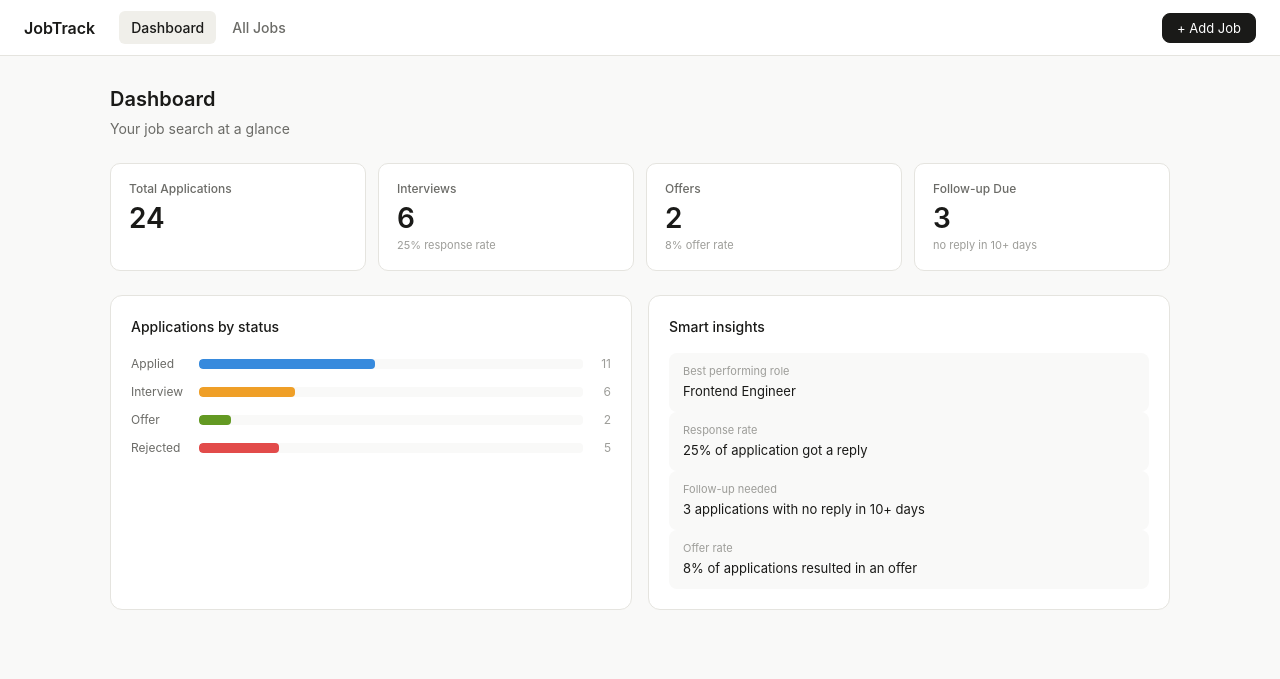
Repository: adtm0/jobtracker
Page: /dashboard (app in frontend/)
These files come from the project's save history. The page is drawn as it stood at one moment and after the next save; the edit follows.
The browser window is 1280 px wide. The pictures show the whole page.
The project was rebuilt for these pictures with package versions that can differ from the ones it lists, and the page was loaded fresh each time. Also part of the build but not shown: frontend/vite.config.js, frontend/src/pages/Login.jsx, frontend/src/pages/Register.jsx, frontend/src/pages/Jobs.jsx, frontend/src/pages/JobForm.jsx.

Above is the page before, as saved 2026-04-19 21:46:52.

After the next save:
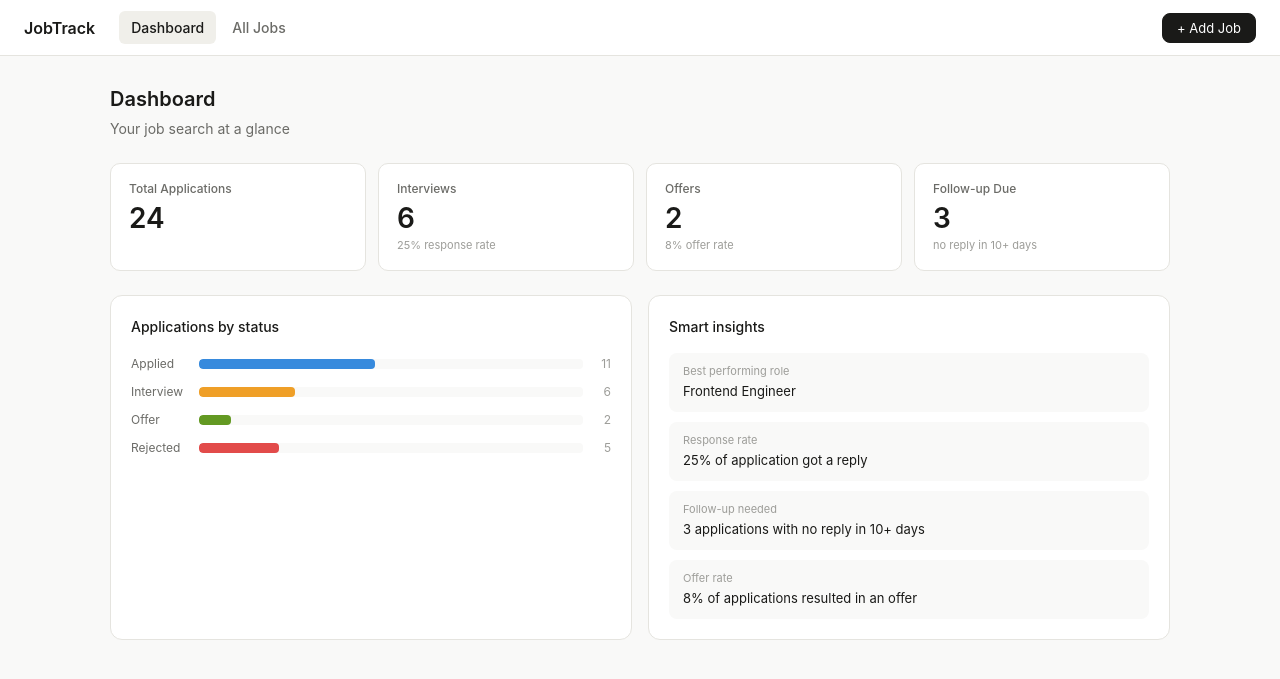
Saved 5 s later.
--- a/frontend/src/pages/Dashboard.jsx
+++ b/frontend/src/pages/Dashboard.jsx
@@ -163,7 +163,7 @@ export default function Dashboard() {
         {/* insights */}
         <div style={{background: '#fff', border: '1px solid #e5e4df', borderRadius: 12, padding: 20}}>
           <h3 style={{fontWeight: 500, fontSize: 14, marginBottom: 16}}>Smart insights</h3>
-          <div style={{display: 'flex', flexDirection: 'column'}}>
+          <div style={{display: 'flex', flexDirection: 'column', gap: 10}}>
             {[
               { label: 'Best performing role', value: stats.best_role},
               { label: 'Response rate', value: `${stats.response_rate}% of application got a reply`},
